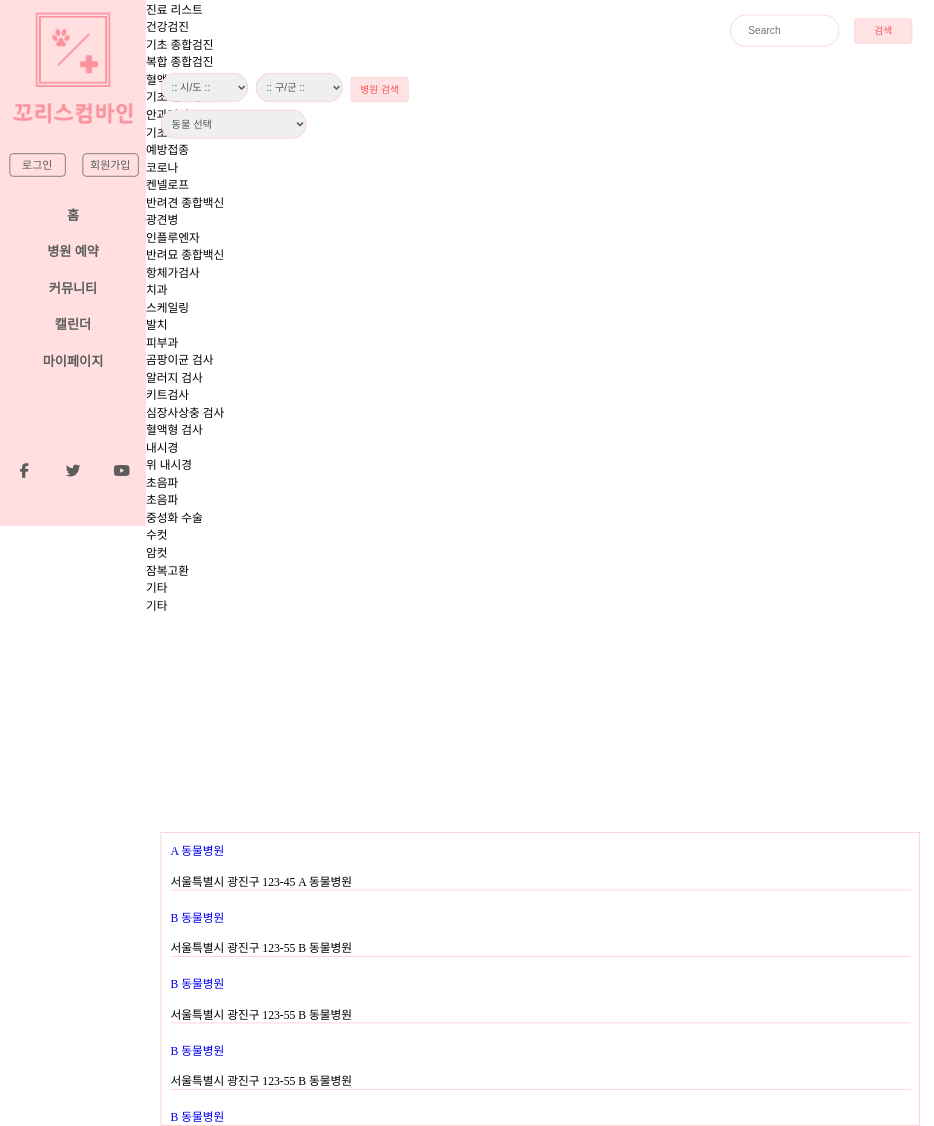
Repository: dodnam/kkoris
Page: http://localhost/1_kkoris/reservation1.jsp
An editor plug-in stored every save of this project. The page is shown before and after a run of saves, followed by the edit.
The browser window is 1280 px wide. The pictures show the whole page, at 73% of full size.
An inner scrolling area shows only its first screen. Some web libraries are served in a nearby version. The page is served by Tomcat 9.

Above is the page before, as saved 2020-02-17 03:06:07.

After the next 2 saves:
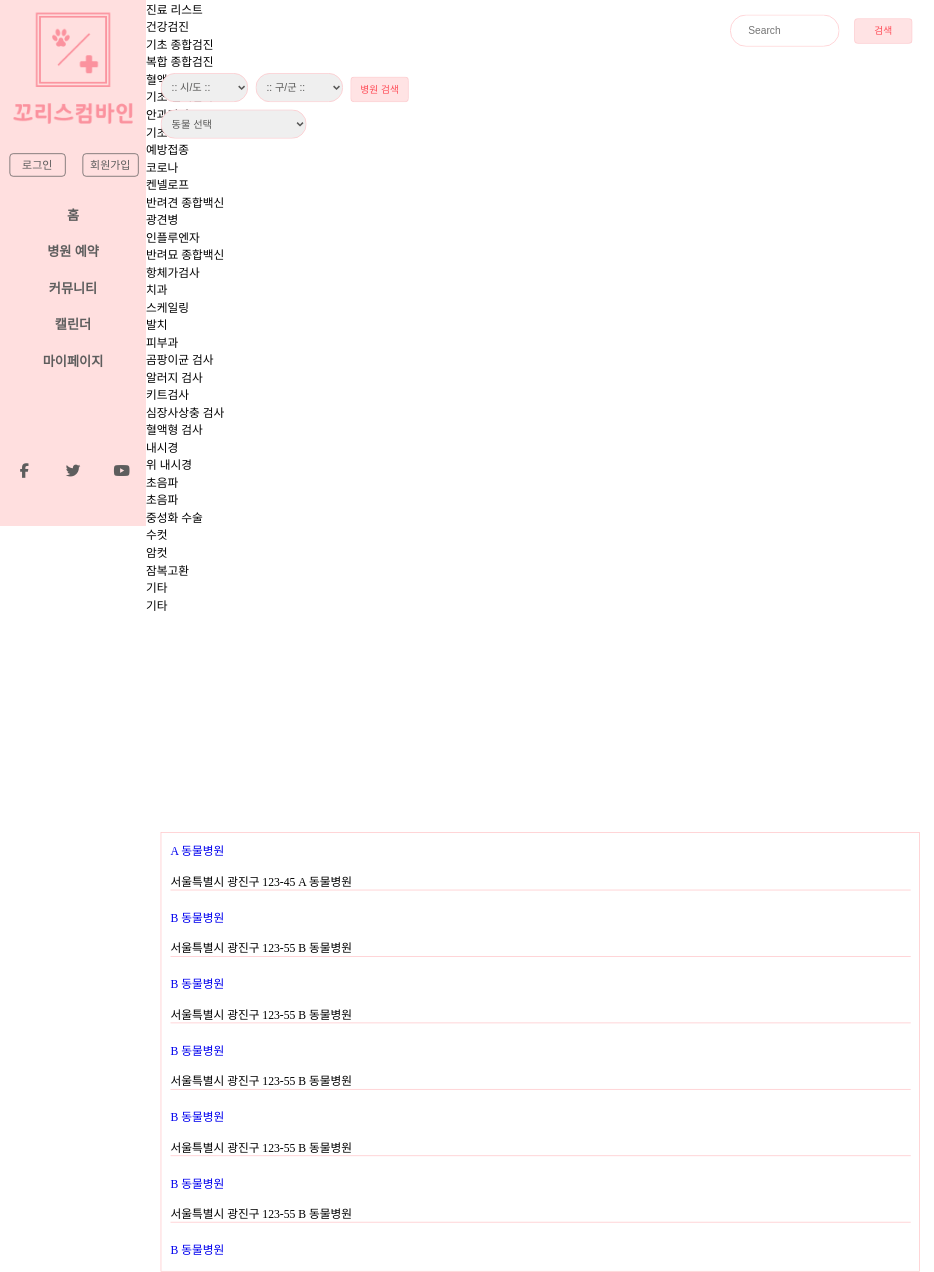
The 2 saves are shown as one change because they came seconds apart.
The last was saved 10 s later.
--- a/1_kkoris/WebContent/reservation1.jsp
+++ b/1_kkoris/WebContent/reservation1.jsp
@@ -14,7 +14,7 @@
    	.search_box2{line-height: 30px; text-align: center; background-color: #ffe3e4; color:#ff4e59;border: 1px solid #fcc6c9; border-radius: 5px; width: 80px; height: 35px;  position: fixed;left: 480px; top: 105px; outline:none;}
    	.search_animal{width: 200px; padding: 10px; font-size: 14px; line-height: 18px; color: #575756;background-size: 18px 10px; border-radius: 50px; border: 1px solid #ffc6c9;position: fixed; top: 150px; left:220px; outline:none;}
    	.medical_departments{width: 200px; padding: 10px; font-size: 14px; line-height: 18px; color: #575756;background-size: 18px 10px; border-radius: 50px; border: 1px solid #ffc6c9;position: fixed; top: 200px; left:220px; outline:none;}
-   	.hospital_list{border:1px solid #ffc6c9; height: 400px; left:220px; right: 20px; bottom:50px;margin-top:300px; margin-left:20px; margin-right:20px; overflow:scroll;}
+   	.hospital_list{border:1px solid #ffc6c9; height: 600px; left:220px; right: 20px; bottom:50px;margin-top:300px; margin-left:20px; margin-right:20px; overflow:scroll;}
    	.hospital_list>ul>li{padding:12px;}
    	.hospital_list>ul>li::after{content: ''; display:block; border-bottom: 1px solid #ffc6c9; width:100%;}
 
